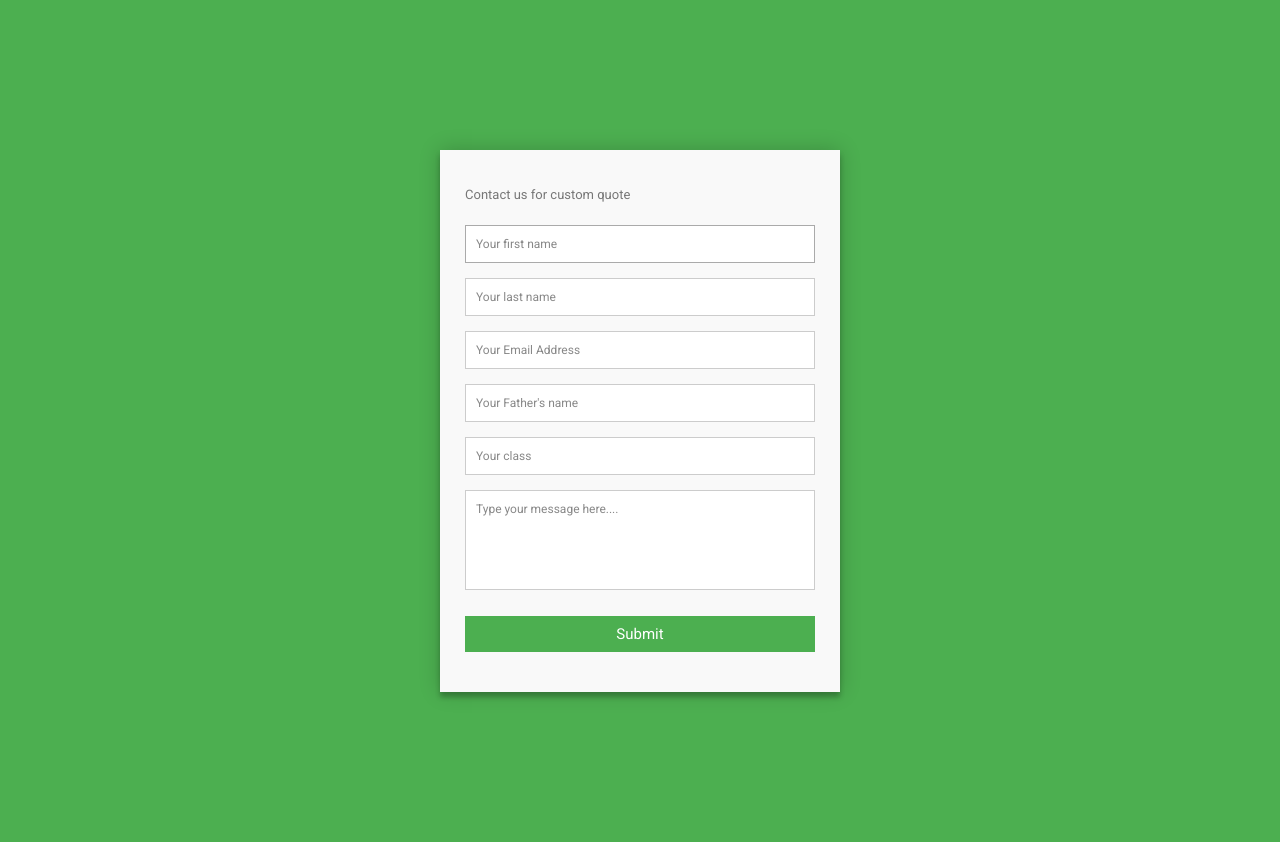
Repository: meta-pranjal-agrawal/software_fundamentals
Page: EAD/ead_assignment2/EADSession3/WebContent/Index.html
The author's editor kept a copy of each file at every save. The page is drawn from the files as they stood at one save, then again after the next save.
The browser window is 1280 px wide. The pictures show the whole page.

Above is the page before, as saved 2020-02-01 10:33:53.

After the next save:
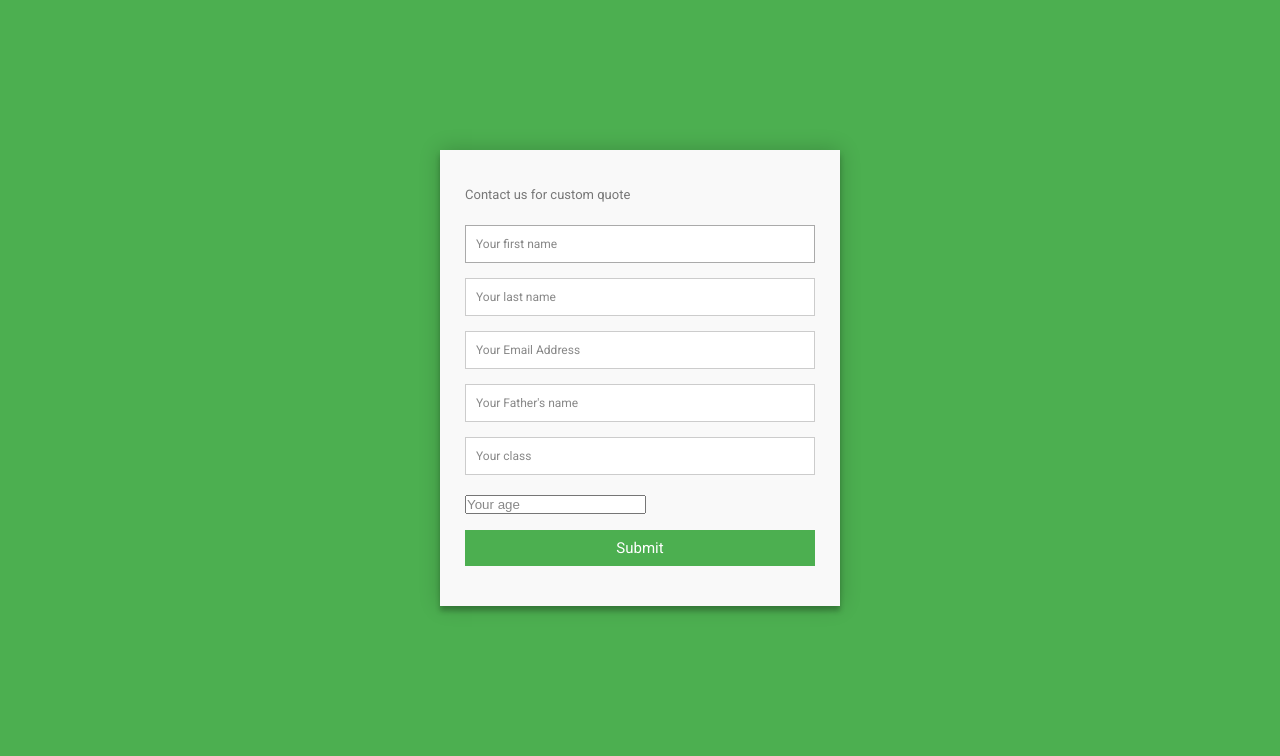
Saved 23 s later.
--- a/EAD/ead_assignment2/EADSession3/WebContent/Index.html
+++ b/EAD/ead_assignment2/EADSession3/WebContent/Index.html
@@ -171,8 +171,9 @@ fieldset {
      <input placeholder="Your class" type="text" tabindex="4" required>
    </fieldset>
    <fieldset>
-     <textarea placeholder="Type your message here...." tabindex="5" required></textarea>
+     <input placeholder="Your age" type="number" tabindex="4" required>
    </fieldset>
+
    <fieldset>
      <button name="submit" type="submit" id="contact-submit" data-submit="...Sending">Submit</button>
    </fieldset>
